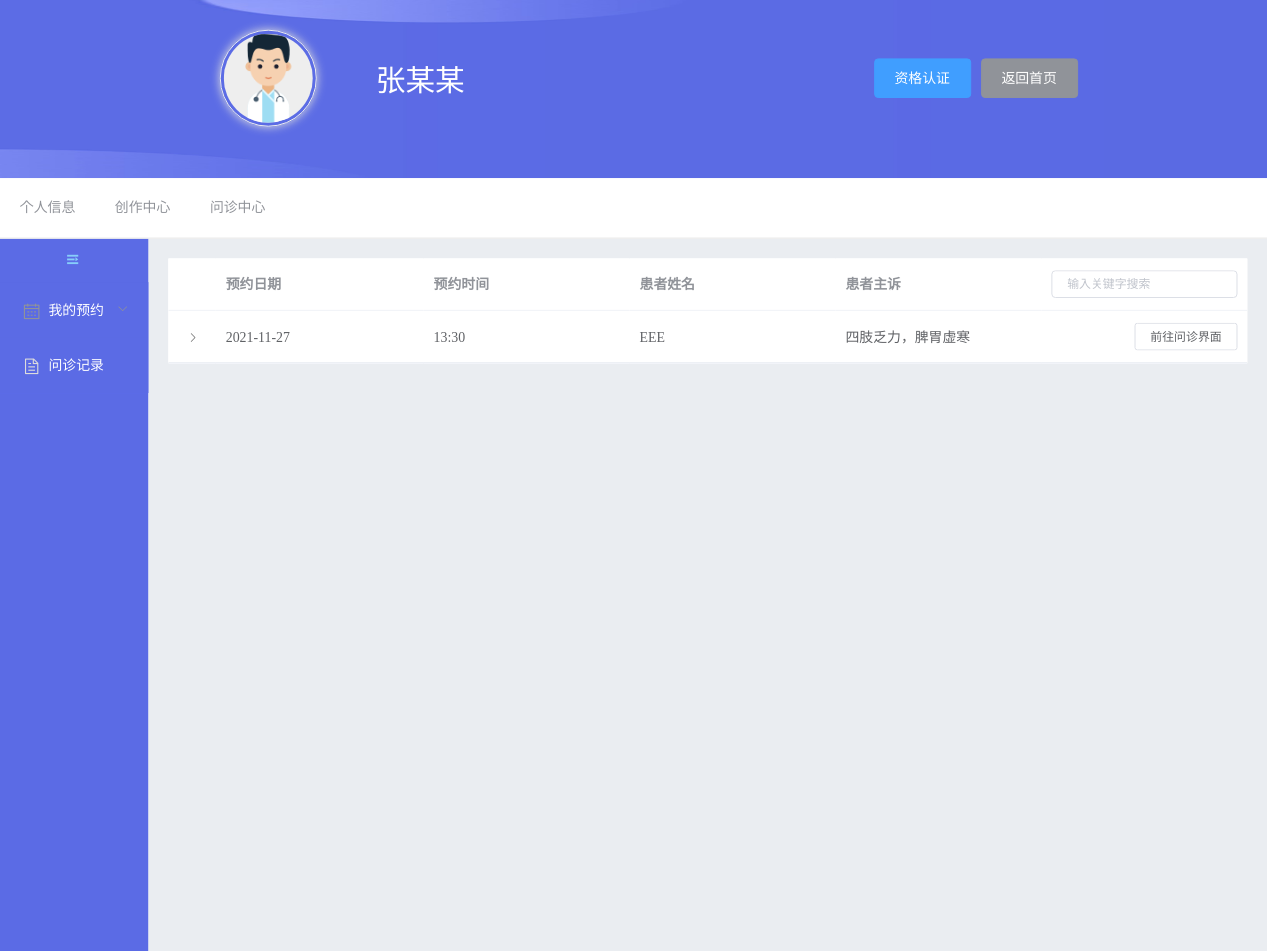
Repository: DiscreteL/SOA_Front
Page: /#/sucApply
An editor plug-in stored every save of this project. The page is shown before and after the next save, followed by the edit.
The browser window is 1280 px wide. The pictures show the whole page, at 99% of full size.
The project was rebuilt for these pictures with package versions that can differ from the ones it lists, and the page was loaded fresh each time. Also part of the build but not shown: vue.config.js, src/components/navigation.vue, src/components/dialog.vue, src/views/news.vue, src/components/announcement.vue, src/components/patientKnow.vue, src/views/Home.vue, src/views/login.vue and 15 more.

Above is the page before, as saved 2021-11-29 18:04:23.

After the next save:
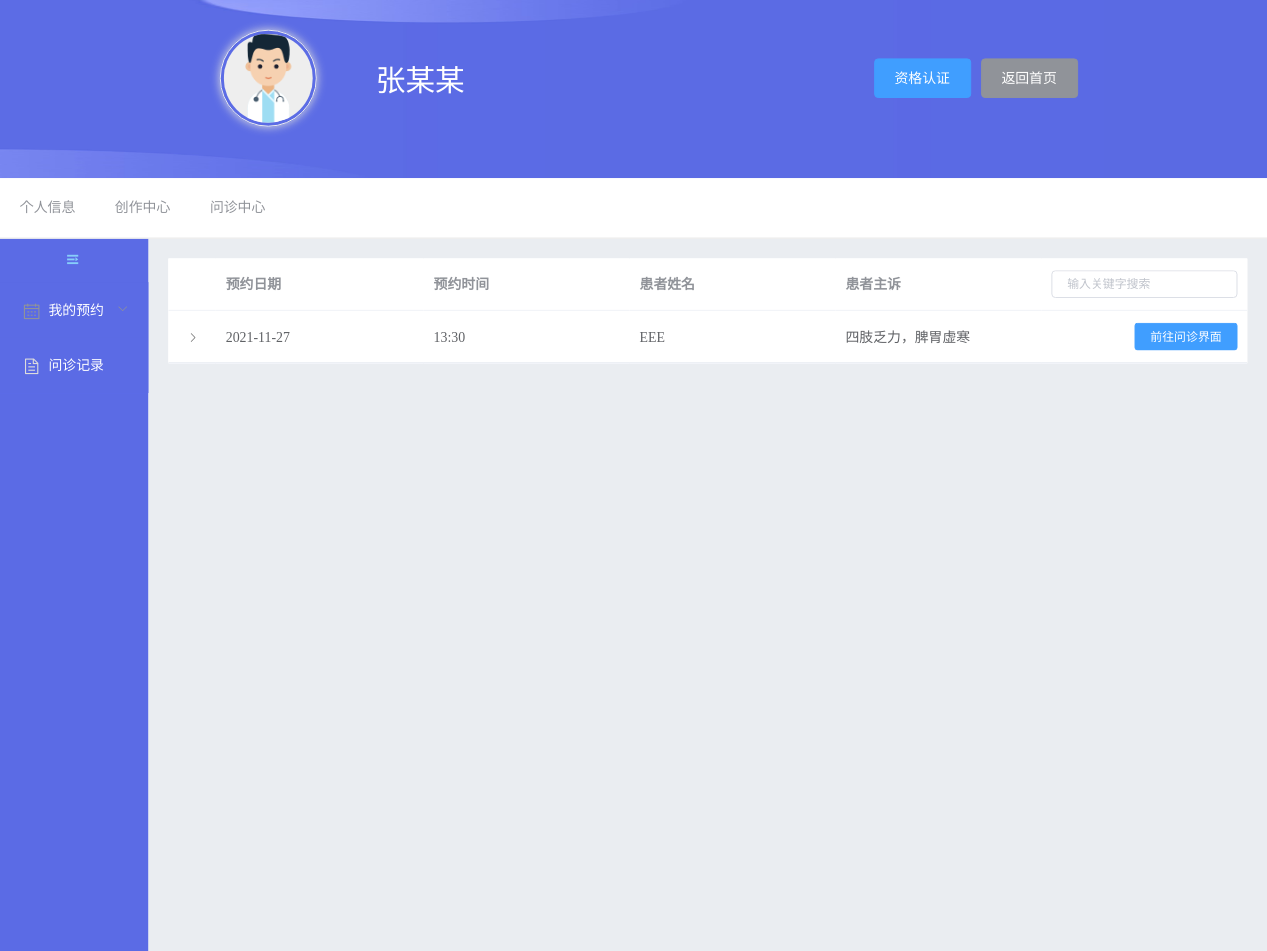
Saved 21 s later.
--- a/src/views/doctor/consult/sucApply.vue
+++ b/src/views/doctor/consult/sucApply.vue
@@ -57,7 +57,7 @@
           placeholder="输入关键字搜索"
         />
       </template>
-        <el-button size="mini" @click="goConsult()"
+        <el-button size="mini" type="primary" @click="goConsult()"
           >前往问诊界面</el-button
         >
     </el-table-column>
